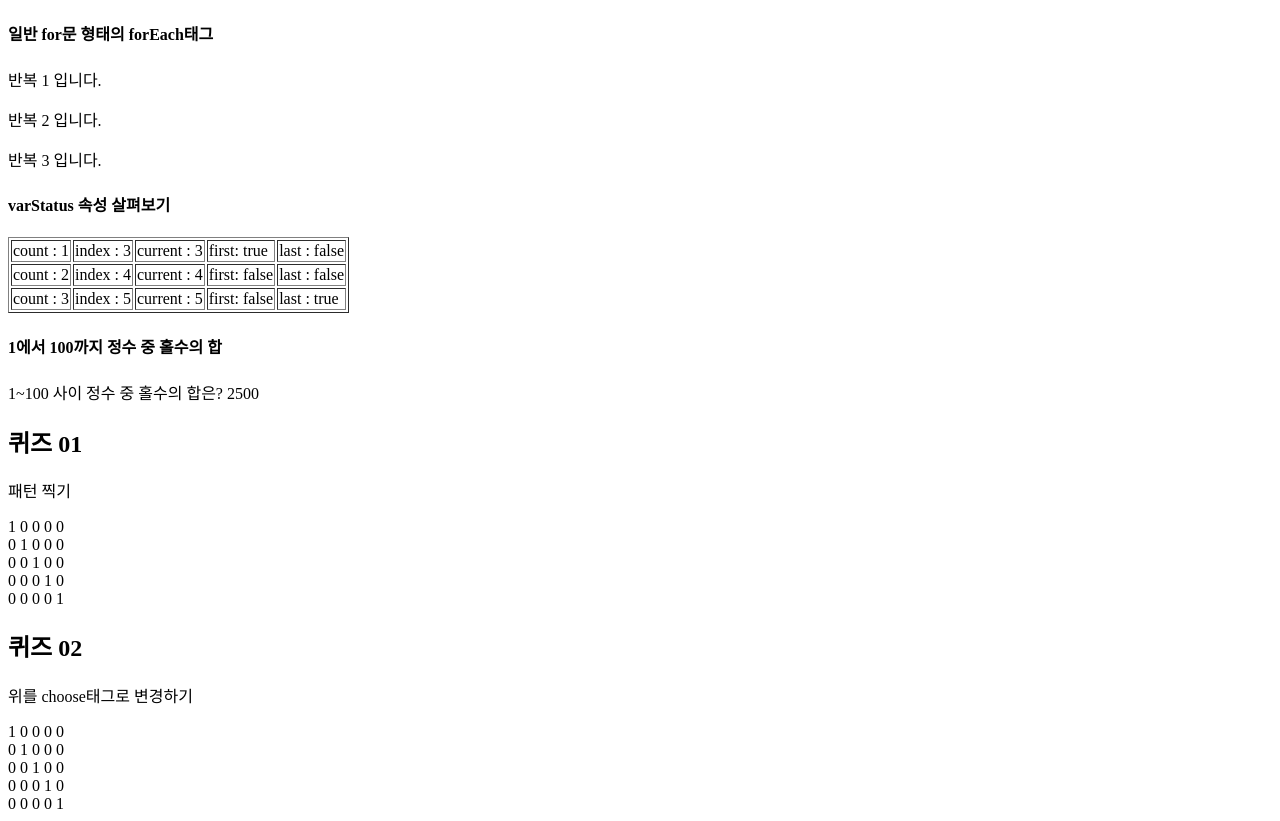
Repository: ssing365/JSPStudy
Page: http://localhost/JSPServlet/11JSTL/core/ForEachNormal.jsp
The author's editor kept a copy of each file at every save. The page is drawn from the files as they stood at one save, then again after the next save.
The browser window is 1280 px wide. The pictures show the whole page.
The page is served by Tomcat 10.

Above is the page before, as saved 2024-11-06 08:50:32.

After the next save:
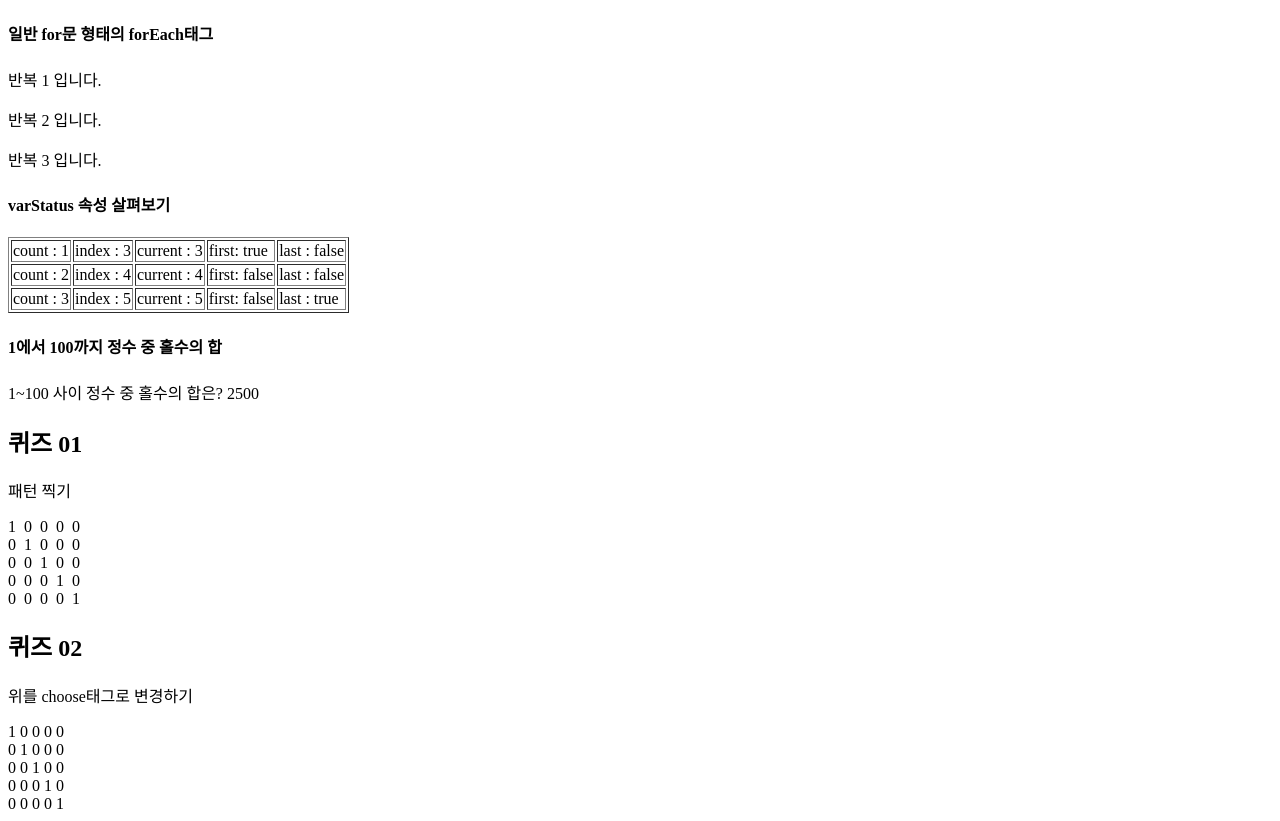
Saved 3 min 37 s later.
--- a/JSPServlet/src/main/webapp/11JSTL/core/ForEachNormal.jsp
+++ b/JSPServlet/src/main/webapp/11JSTL/core/ForEachNormal.jsp
@@ -57,13 +57,18 @@
 
 	<h2>퀴즈 01</h2>
 	<p>패턴 찍기</p>
-	<c:forEach begin="1" end="5" var="i" >
-		<c:forEach begin="1" end="5" var="j">
-			<c:if test="${ i eq j }" var="result">1</c:if>
-			 <c:if test="${not result }" >0</c:if>
-		</c:forEach>
-		<br/>
-	</c:forEach>
+		<c:forEach begin="1" end="5" var="i">
+      <c:forEach begin="1" end="5" var="j">
+         <c:if test="${ i eq j }" var="result">
+            1&nbsp;
+         </c:if>
+         <c:if test="${ not result }">
+            0&nbsp;
+         </c:if>
+      </c:forEach>
+      <br />
+   </c:forEach>
+
 
 	<h2>퀴즈 02</h2>
 	<p>위를 choose태그로 변경하기</p>

After the 2 saves that followed:
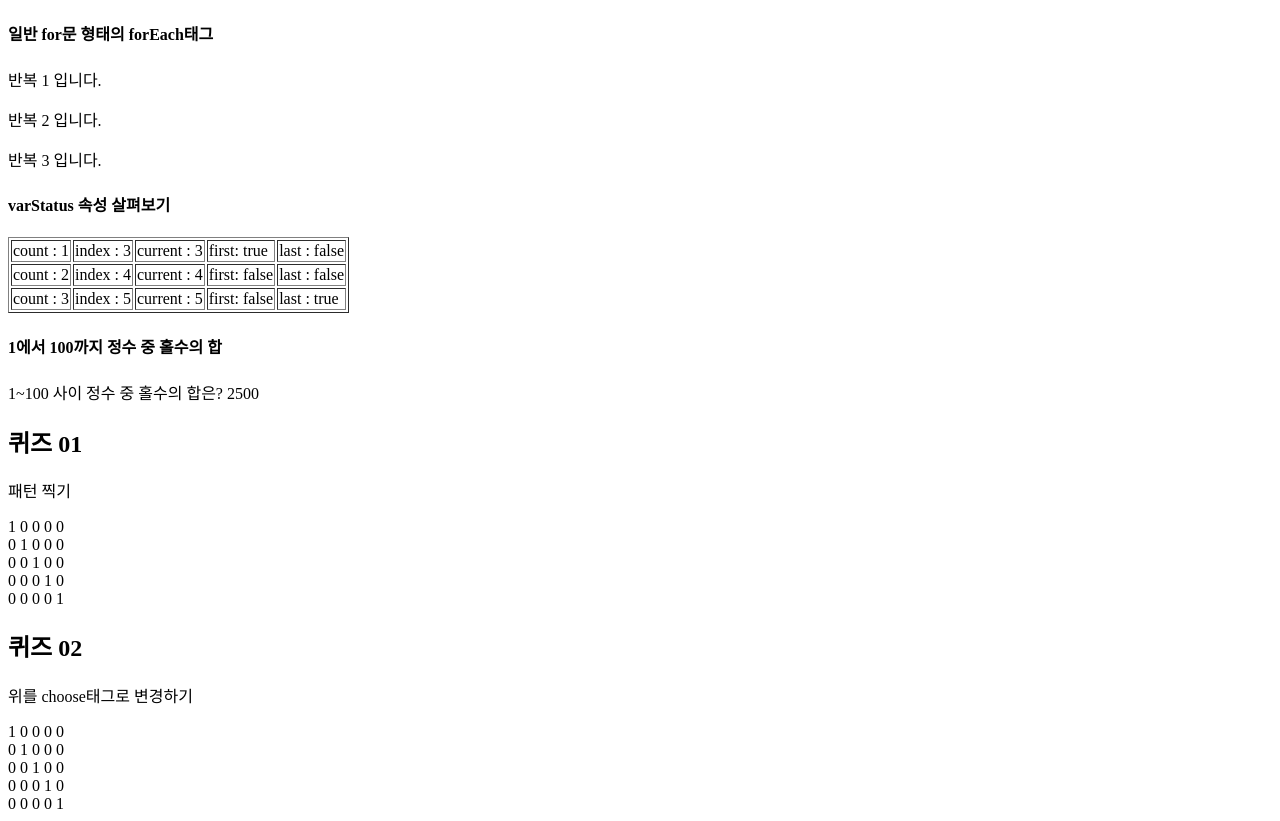
The 2 saves are shown as one change because 1 left the picture as it was.
The last was saved 21 s later.
--- a/JSPServlet/src/main/webapp/11JSTL/core/ForEachNormal.jsp
+++ b/JSPServlet/src/main/webapp/11JSTL/core/ForEachNormal.jsp
@@ -57,17 +57,13 @@
 
 	<h2>퀴즈 01</h2>
 	<p>패턴 찍기</p>
-		<c:forEach begin="1" end="5" var="i">
-      <c:forEach begin="1" end="5" var="j">
-         <c:if test="${ i eq j }" var="result">
-            1&nbsp;
-         </c:if>
-         <c:if test="${ not result }">
-            0&nbsp;
-         </c:if>
-      </c:forEach>
-      <br />
-   </c:forEach>
+	<c:forEach begin="1" end="5" var="i" >
+		<c:forEach begin="1" end="5" var="j">
+			<c:if test="${ i eq j }" var="result">1</c:if>
+			 <c:if test="${not result }" >0</c:if>
+		</c:forEach>
+		<br/>
+	</c:forEach>
 
 
 	<h2>퀴즈 02</h2>
